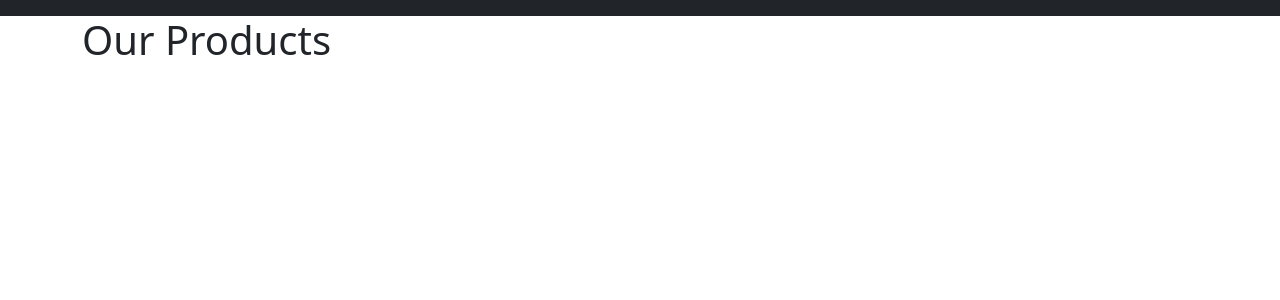
Repository: tbazouzi-durham/tbazouzi-durham.github.io
Page: products.html
The author's editor kept a copy of each file at every save. The page is drawn from the files as they stood at one save, then again after the next save.
The browser window is 1280 px wide. The pictures show the whole page.

Above is the page before, as saved 2022-02-19 19:33:35.

After the next save:
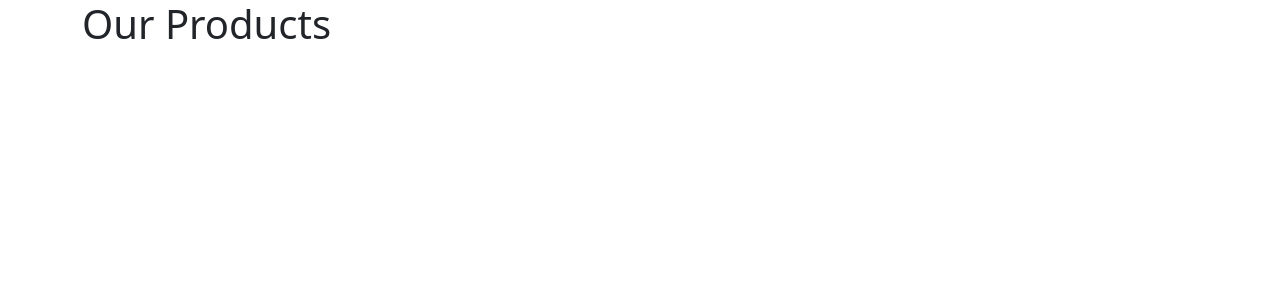
Saved 22 s later.
--- a/products.html
+++ b/products.html
@@ -12,7 +12,7 @@
 </head>
 <body>
     <header>
-        <nav class="navbar navbar-expand-lg navbar-dark bg-dark">
+        <nav>
 
           </nav>
     </header>
